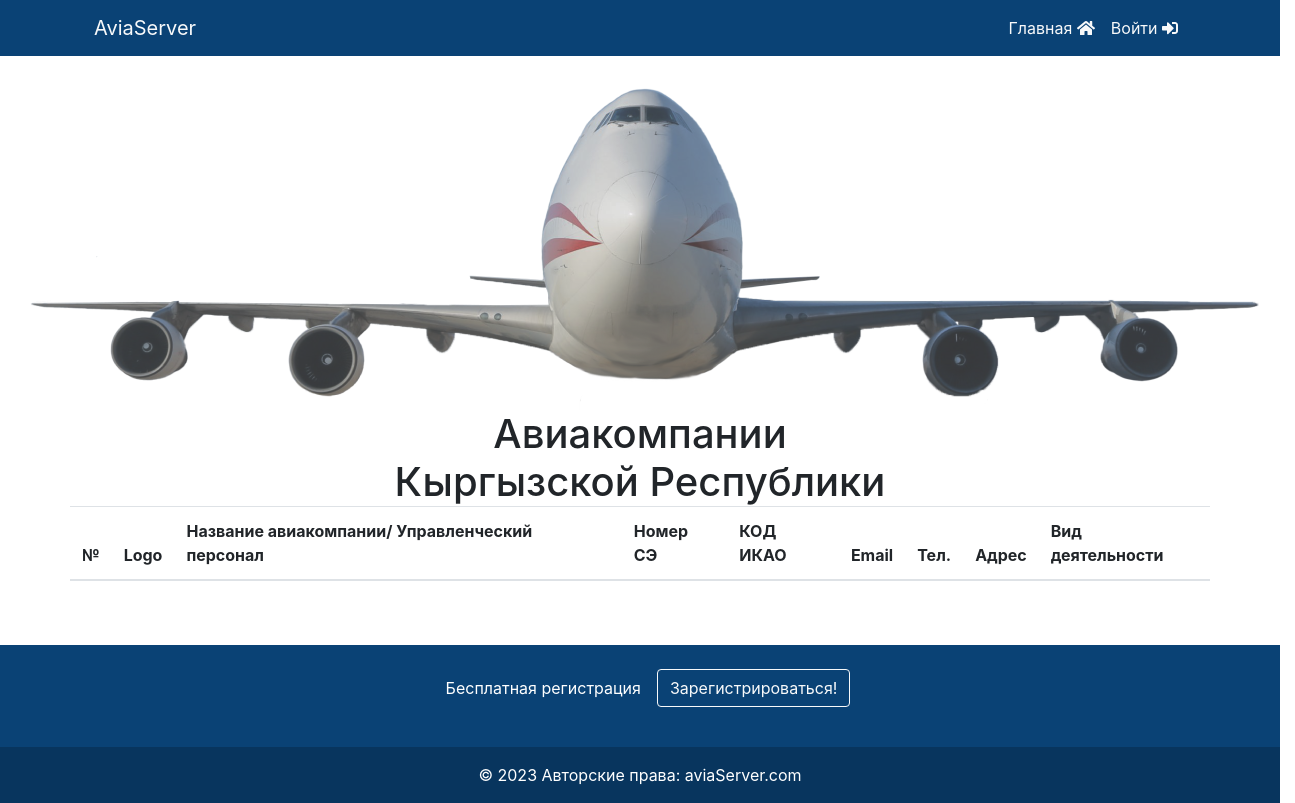
Repository: sulimonn/aviaServer
Page: products/templates/products/index.html
The author's editor kept a copy of each file at every save. The page is drawn from the files as they stood at one save, then again after the next save.
The browser window is 1280 px wide. The page is 1295 px wide, then 1280 px, so the pictures cover 1295 px, including what lies to the right of the window. The pictures show the whole page.
Some web libraries are served in a nearby version. The template is drawn by Django 4.2. The application's start-up code is not run. Other server files are loaded and not shown. The template is opened directly, without the code that normally fills it, so the values that code supplies are empty.

Above is the page before, as saved 2023-08-14 20:27:33.

### products/templates/products/index.html
{% extends 'products/base.html' %}
{% load static %}
{% block css %}
    <link href="{% static 'css/index.css' %}" rel="stylesheet"/>
{% endblock %}

{% block content  %}
<br><br>

<div class="d-flex">
    <img class="m-auto" src="/media/img/carusel.png">
</div>
<div class="d-flex">
    <h1 align="center" class="m-auto">Авиакомпании <br> Кыргызской Республики</h1>
</div>
<table class="table container-xl">
  <thead>
    <tr>
      <th scope="col">№</th>
      <th scope="col">Logo</th>
      <th scope="col">Название авиакомпании/
Управленческий  персонал</th>
      <th scope="col">Номер СЭ</th>
      <th scope="col">КОД ИКАО</th>
      <th scope="col">Email</th>
      <th scope="col">Тел.</th>
      <th scope="col">Адрес</th>
      <th scope="col">Вид деятельности</th>
    </tr>
  </thead>
    {% for company in companies %}


  <tbody>
    <tr>
      <th scope="row">{{ company.id }}</th>
      <td><img class="card-img-top" src="/media/{{ company.image }}" ></td>
      <td>{{ company.name }}</td>
      <td>{{ company.number }}</td>
      <td>{{ company.code }}</td>
      <td>{{ company.email }}</td>
      <td>{{ company.phone1 }} {{ company.phone2 }}</td>
      <td>{{ company.address }}</td>
      <td>{{ company.kind_of_activity }}</td>
    </tr>

  </tbody>
    {% endfor %}
</table>


{% endblock %}

### products/templates/products/base.html
{% load static %}
<!DOCTYPE html>
<html lang="en">

<head>

    <meta charset="utf-8">
    <meta name="viewport" content="width=device-width, initial-scale=1, shrink-to-fit=no">
    <meta name="description" content="">
    <meta name="author" content="">

    <title>{{ title | title }}</title>

    <!-- Bootstrap core CSS -->
    <link href="{% static 'vendor/bootstrap/css/bootstrap.min.css' %}" rel="stylesheet">
    <link href="{% static 'css/auth.css' %}" rel="stylesheet"/>

    <script src="https://cdnjs.cloudflare.com/ajax/libs/font-awesome/5.15.1/js/all.min.js"
            crossorigin="anonymous"></script>
    <!-- Custom styles for this template -->
</head>

<body>

<!-- Navigation -->
<nav class="navbar navbar-expand-lg fixed-top" style="background-color: #0a4275;">
    <div class="container text-light">
        <a class="navbar-brand text-light" href="index.html">AviaServer</a>
        <button class="navbar-toggler" type="button" data-toggle="collapse" data-target="#navbarResponsive"
                aria-controls="navbarResponsive" aria-expanded="false" aria-label="Toggle navigation">
            <span class="navbar-toggler-icon"></span>
        </button>
        <div class="collapse navbar-collapse" id="navbarResponsive">
            <ul class="navbar-nav ml-auto">
                <li class="nav-item">
                    <a class="nav-link text-light" href="#">Главная <i class="fas fa-home"></i> </a>
                </li>
                {% if user.is_authenticated %}
                <li class="nav-item">
                    <a class="nav-link text-light" href="{% url 'users:profile' %}">{{ user.username }} <i class="fas fa-user-circle"></i>
                    </a>
                </li>
               <li class="nav-item">
                    <a class="nav-link text-light" href="{% url 'users:logout' %}">Выйти <i class="fas fa-sign-out-alt"></i></a>
                </li>

                {% else %}
                <li class="nav-item">
                    <a class="nav-link text-light" href="{% url 'users:login' %}">Войти <i class="fas fa-sign-in-alt"></i></a>
                </li>


                {% endif %}


            </ul>
        </div>
    </div>
</nav>
{% block content  %}
{% endblock %}
<br>
<br>
<!--footer-->
<section class="">
  <!-- Footer -->
  <footer class="text-center text-white" style="background-color: #0a4275;">
    <!-- Grid container -->
    <div class="container p-4 pb-0">
      <!-- Section: CTA -->
      <section class="">
        <p class="d-flex justify-content-center align-items-center">
          <span class="mx-3">Бесплатная регистрация</span>
          <a href="{% url 'users:register' %}" type="button" class="btn btn-outline-light btn-rounded">
            Зарегистрироваться!
          </a>
        </p>
      </section>
      <!-- Section: CTA -->
    </div>
    <!-- Grid container -->

    <!-- Copyright -->
    <div class="text-center p-3" style="background-color: rgba(0, 0, 0, 0.2);">
      © 2023 Авторские права:
      <a class="text-white" href="https://mdbootstrap.com/">aviaServer.com</a>
    </div>
    <!-- Copyright -->
  </footer>
  <!-- Footer -->
</section>


<!-- Bootstrap core JavaScript -->
<script src="{% static 'vendor/jquery/jquery.min.js' %}"></script>
<script src="{% static 'vendor/bootstrap/js/bootstrap.bundle.min.js' %}"></script>

<!-- FontAwesome script -->
<script src="{% static 'vendor/fontawesome/fontawesome-icons.js' %}" crossorigin="anonymous"></script>

</body>

</html>

Loaded but not shown: static/css/auth.css (library)

After the next save:
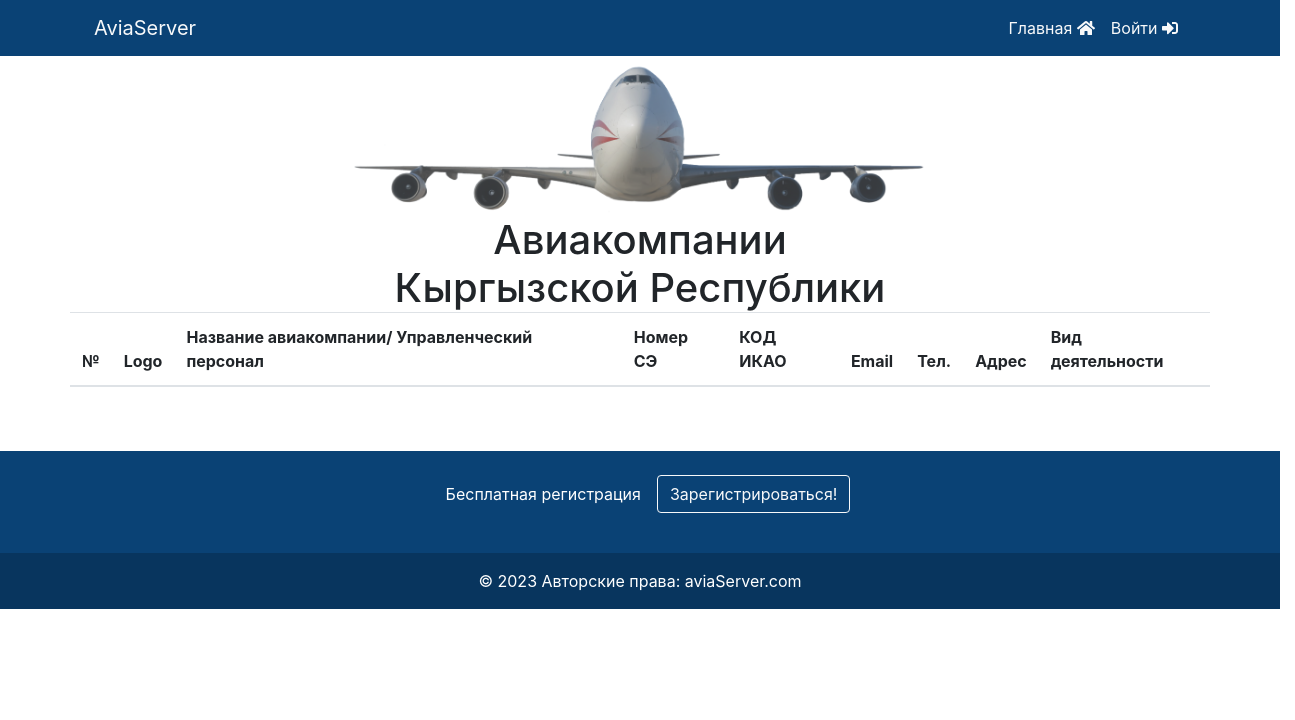
Saved 47 s later.
--- a/products/templates/products/index.html
+++ b/products/templates/products/index.html
@@ -8,7 +8,7 @@
 <br><br>
 
 <div class="d-flex">
-    <img class="m-auto" src="/media/img/carusel.png">
+    <img class="m-auto" width="600px" src="/media/img/carusel.png">
 </div>
 <div class="d-flex">
     <h1 align="center" class="m-auto">Авиакомпании <br> Кыргызской Республики</h1>
